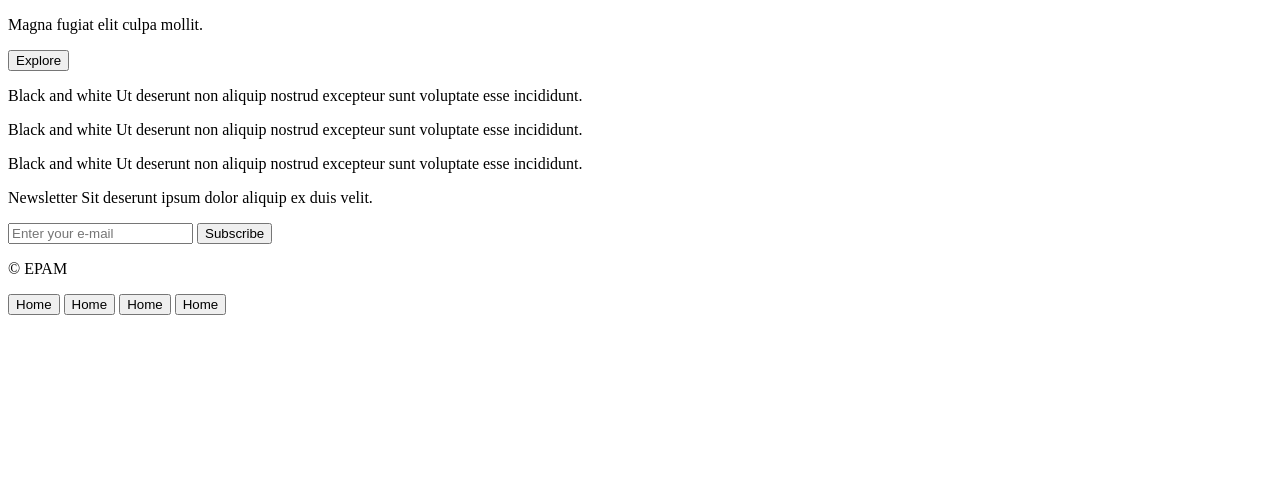
Repository: M1shkaBear/FLX
Page: FLX_homework_4/homework/index.html
These files come from the project's save history. The page is drawn as it stood at one moment and after the next save; the edit follows.
The browser window is 1280 px wide. The pictures show the whole page.

Above is the page before, as saved 2019-01-29 03:38:16.

### FLX_homework_4/homework/index.html
<!DOCTYPE html>
<html lang="en">
  <head>
    <meta charset="UTF-8" />
    <meta name="viewport" content="width=device-width, initial-scale=1.0" />
    <meta http-equiv="X-UA-Compatible" content="ie=edge" />
    <title>Document</title>
  </head>
  <body>
    <header class="header"></header>

    <main class="main">
      <article>
        <section class="image"></section>
        <section class="column-paragraphs"></section>
      </article>
      <section class="parag-container">
        <section>
          <p>Magna fugiat elit culpa mollit.</p>
          <button class="exploreButton">Explore</button>
        </section>
      </section>
    </main>

    <footer class="footer">
      <section class="about">
        <section class="paragraphs">
          <p>
            Black and white Ut deserunt non aliquip nostrud excepteur sunt
            voluptate esse incididunt.
          </p>
          <p>
            Black and white Ut deserunt non aliquip nostrud excepteur sunt
            voluptate esse incididunt.
          </p>
          <p>
            Black and white Ut deserunt non aliquip nostrud excepteur sunt
            voluptate esse incididunt.
          </p>
        </section>
        <section class="news">
          <p>Newsletter Sit deserunt ipsum dolor aliquip ex duis velit.</p>
          <form class="subscribe">
            <input
              class="emailvpiska"
              type="email"
              placeholder="Enter your e-mail"
            />
            <button class="button">Subscribe</button>
          </form>
        </section>
      </section>

      <section class="footer-menu">
        <p>&copy; EPAM</p>

        <section class="footer-navigation">
          <button class="btn">Home</button> <button class="btn">Home</button>
          <button class="btn">Home</button> <button class="btn">Home</button>
        </section>
      </section>
    </footer>
  </body>
</html>

After the next save:
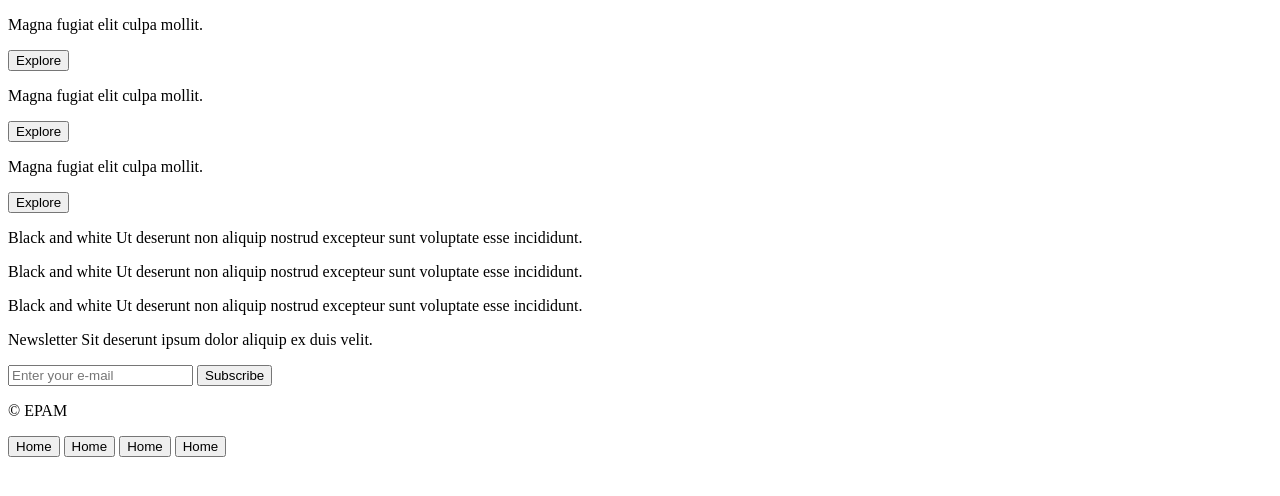
Saved 41 s later.
--- a/FLX_homework_4/homework/index.html
+++ b/FLX_homework_4/homework/index.html
@@ -15,6 +15,14 @@
         <section class="column-paragraphs"></section>
       </article>
       <section class="parag-container">
+        <section>
+          <p>Magna fugiat elit culpa mollit.</p>
+          <button class="exploreButton">Explore</button>
+        </section>
+        <section>
+          <p>Magna fugiat elit culpa mollit.</p>
+          <button class="exploreButton">Explore</button>
+        </section>
         <section>
           <p>Magna fugiat elit culpa mollit.</p>
           <button class="exploreButton">Explore</button>
